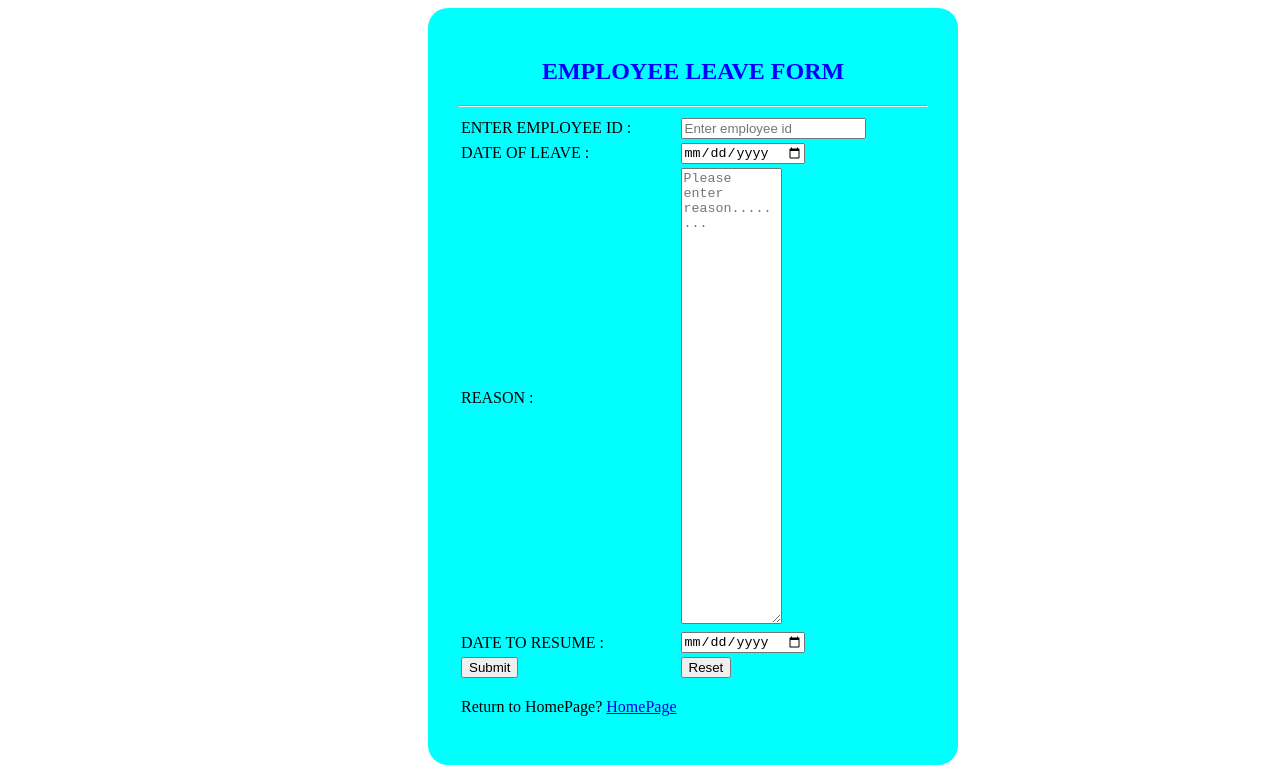
Repository: Catalyst-OTU/Java_Works
Page: jspSession2/WebContent/applyleave.html
These files come from the project's save history. The page is drawn as it stood at one moment and after the next save; the edit follows.
The browser window is 1280 px wide. The pictures show the whole page.

Above is the page before, as saved 2021-01-28 21:30:09.

### jspSession2/WebContent/applyleave.html
<!DOCTYPE html>
<html>
<head>
<meta charset="ISO-8859-1">
<title>Login</title>

	    <style>

        .conatiners{
                  margin-left: 420px;
                  margin-top: 10x;
                  background-color: aqua;
                  border-radius: 20px;
                  width: 470px;
                  padding: 30px;
                }
                h2{color: blue; text-align: center; cursor: pointer;}
                h2:hover{color: black;}
    </style>


</head>
<body>



	<div class="conatiners">

        <h2>EMPLOYEE LEAVE FORM</h2>
        <hr>


    <form action="applyleave.jsp" method="post">

		<table>
			<tr>
				<td> ENTER EMPLOYEE ID :</td>
				<td><input type="text" name="empid" class="form-control" placeholder="Enter employee id" required></td>
			</tr>

			<tr>
				<td> DATE OF LEAVE :</td>
				<td><input type="date" name="applydate" class="form-control" placeholder="Enter date to start leave" required></td>
			</tr>

			<tr>
				<td>REASON :</td>
				<td><textarea type="text" name="reason" cols="10" rows="30" placeholder="Please enter reason........"></textarea></td>
			</tr>

			<tr>
				<td> DATE TO RESUME :</td>
				<td><input type="date" name="resumedate" class="form-control" placeholder="Enter date to resume" required></td>
			</tr>

            <tr class="text-right">
                <td> <input type="submit" class="btn btn-primary" value="Submit"> </td>
                <td> <input type="reset" class="btn btn-danger" value="Reset"> </td>
            </tr>

            <tr>
              <td> <p class="text-center">Return to HomePage? <a href="userpage.jsp">HomePage</a></p> </td>
            </tr>

		</table>


    </form>

</div>


</body>
</html>

After the next save:
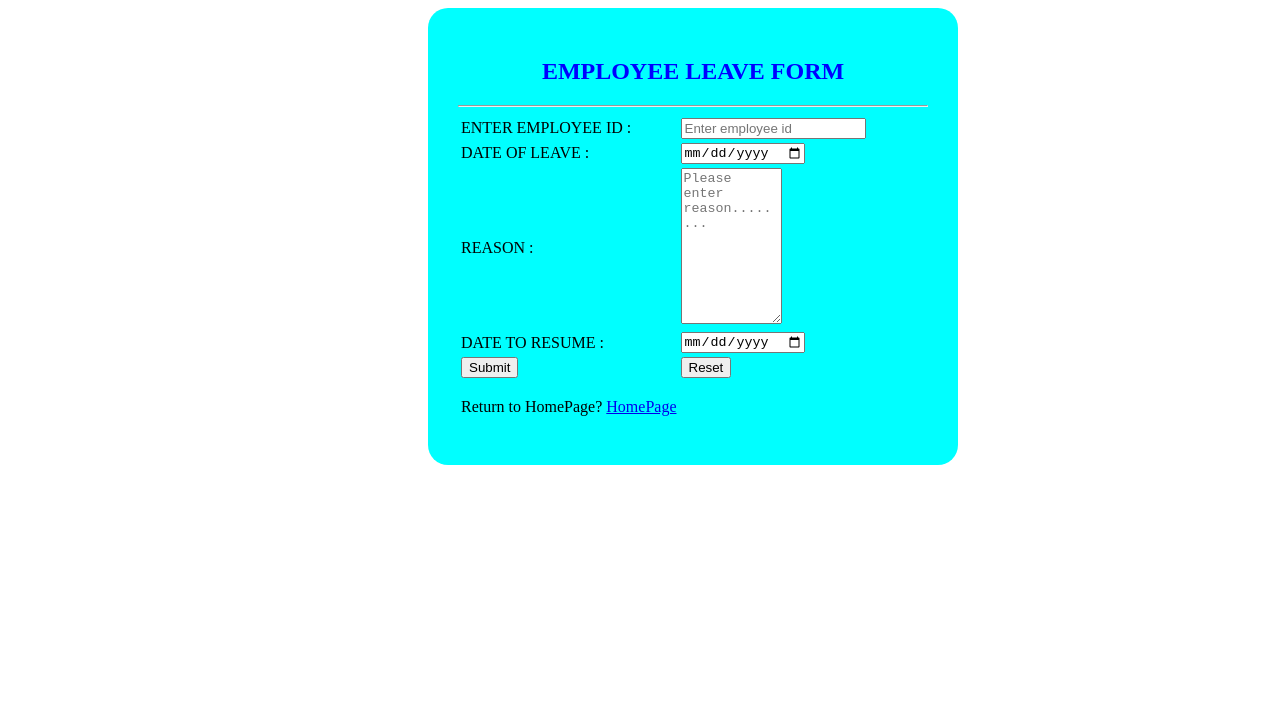
Saved 21 s later.
--- a/jspSession2/WebContent/applyleave.html
+++ b/jspSession2/WebContent/applyleave.html
@@ -45,7 +45,7 @@
 
 			<tr>
 				<td>REASON :</td>
-				<td><textarea type="text" name="reason" cols="10" rows="30" placeholder="Please enter reason........"></textarea></td>
+				<td><textarea type="text" name="reason" cols="10" rows="10" placeholder="Please enter reason........"></textarea></td>
 			</tr>
 
 			<tr>
